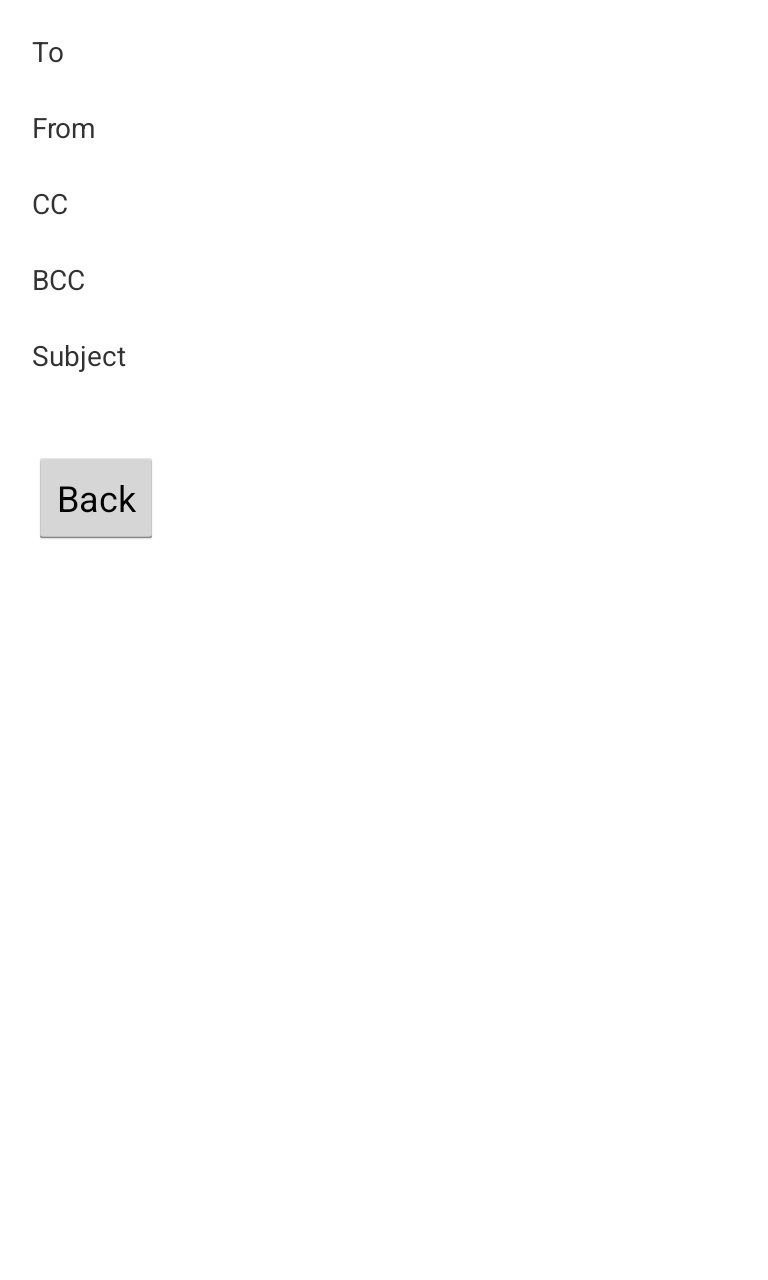
Repository: tmccartan/Android
Layout: Assignment1/res/layout/activity_email_reading.xml
The author's editor kept a copy of each file at every save. The layout is drawn from the files as they stood at one save, then again after the next save.
It is drawn on a 768 x 1280 px phone screen (xhdpi) without system bars, with theme AppTheme; the app's code is not run.

Above is the layout before, as saved 2015-02-28 17:12:33.

### Assignment1/res/layout/activity_email_reading.xml
<RelativeLayout xmlns:android="http://schemas.android.com/apk/res/android"
    xmlns:tools="http://schemas.android.com/tools"
    android:layout_width="match_parent"
    android:layout_height="match_parent"
    android:paddingBottom="@dimen/activity_vertical_margin"
    android:paddingLeft="@dimen/activity_horizontal_margin"
    android:paddingRight="@dimen/activity_horizontal_margin"
    android:paddingTop="@dimen/activity_vertical_margin"
    tools:context="com.example.assignment1.EmailReading" >

   <ScrollView
        android:id="@+id/scrollView1"
        android:layout_width="fill_parent"
        android:layout_height="fill_parent"
        android:layout_alignParentLeft="true"
        android:layout_alignParentTop="true" >

        <TableLayout
            android:id="@+id/tableLayout1"
            android:layout_width="fill_parent"
            android:layout_height="wrap_content" >

            <TableRow
                android:id="@+id/tableRow1"
                android:layout_width="wrap_content"
                android:layout_height="wrap_content" >

                <TextView
                    android:id="@+id/TextView01"
                    android:layout_width="wrap_content"
                    android:layout_height="wrap_content"
                    android:text="To" />
            </TableRow>

            <TableRow
                android:id="@+id/tableRow2"
                android:layout_width="wrap_content"
                android:layout_height="wrap_content" >

                <TextView
                    android:id="@+id/txtTo"
                    android:layout_width="wrap_content"
                    android:layout_height="wrap_content"
                     />
            </TableRow>

            <TableRow
                android:id="@+id/tableRow3"
                android:layout_width="wrap_content"
                android:layout_height="wrap_content" >

                <TextView
                    android:id="@+id/textView1"
                    android:layout_width="wrap_content"
                    android:layout_height="wrap_content"
                    android:text="From" />
            </TableRow>

            <TableRow
                android:id="@+id/tableRow4"
                android:layout_width="wrap_content"
                android:layout_height="wrap_content" >

                <TextView
                    android:id="@+id/txtFrom"
                    android:layout_width="wrap_content"
                    android:layout_height="wrap_content"
                    android:ems="10"
                    android:inputType="textEmailAddress"
                     />
            </TableRow>

            <TableRow
                android:id="@+id/tableRow6"
                android:layout_width="wrap_content"
                android:layout_height="wrap_content" >

                <TextView
                    android:id="@+id/textView2"
                    android:layout_width="wrap_content"
                    android:layout_height="wrap_content"
                    android:text="CC" />

            </TableRow>

            <TableRow
                android:id="@+id/tableRow7"
                android:layout_width="wrap_content"
                android:layout_height="wrap_content" >

                <TextView
                    android:id="@+id/txtCC"
                    android:layout_width="wrap_content"
                    android:layout_height="wrap_content"
                    android:ems="10" />

            </TableRow>

            <TableRow
                android:id="@+id/tableRow5"
                android:layout_width="wrap_content"
                android:layout_height="wrap_content" >

                <TextView
                    android:id="@+id/textView3"
                    android:layout_width="wrap_content"
                    android:layout_height="wrap_content"
                    android:text="BCC"
                     />

            </TableRow>

            <TableRow
                android:id="@+id/tableRow8"
                android:layout_width="wrap_content"
                android:layout_height="wrap_content" >

                <TextView
                    android:id="@+id/txtBCC"
                    android:layout_width="wrap_content"
                    android:layout_height="wrap_content"
                    android:ems="10" />

            </TableRow>

            <TableRow
                android:id="@+id/tableRow9"
                android:layout_width="wrap_content"
                android:layout_height="wrap_content" >

                <TextView
                    android:id="@+id/textView4"
                    android:layout_width="wrap_content"
                    android:layout_height="wrap_content"
                    android:text="Subject" />

            </TableRow>

            <TableRow
                android:id="@+id/tableRow10"
                android:layout_width="wrap_content"
                android:layout_height="wrap_content" >

                <TextView
                    android:id="@+id/txtSubject"
                    android:layout_width="wrap_content"
                    android:layout_height="wrap_content"
                    android:ems="10" />

            </TableRow>

            <TableRow
                android:id="@+id/tableRow11"
                android:layout_width="match_parent"
                android:layout_height="wrap_content" >

                <TextView
                    android:id="@+id/txtBody"
                    android:layout_width="match_parent"
                    android:layout_height="fill_parent"
                    android:ems="10"
                    android:inputType="textMultiLine" />

            </TableRow>

            <TableRow
                android:id="@+id/ButtonRow"
                android:layout_width="fill_parent"
                android:layout_height="wrap_content" >

                <LinearLayout
                    android:layout_width="fill_parent"
                    android:layout_height="wrap_content" >

                    <Button
                        android:id="@+id/button1"
                        android:layout_width="wrap_content"
                        android:layout_height="wrap_content"
                        android:onClick="GoBack"
                        android:text="Back" />

                </LinearLayout>

            </TableRow>

        </TableLayout>
    </ScrollView>


</RelativeLayout>

Loaded but not shown: Assignment1/res/values/styles.xml (common file); Assignment1/res/values-v11/styles.xml (common file); Assignment1/res/values-v14/styles.xml (common file); Assignment1/res/values/dimens.xml (common file); Assignment1/res/values-w820dp/dimens.xml (common file)

After the next save:
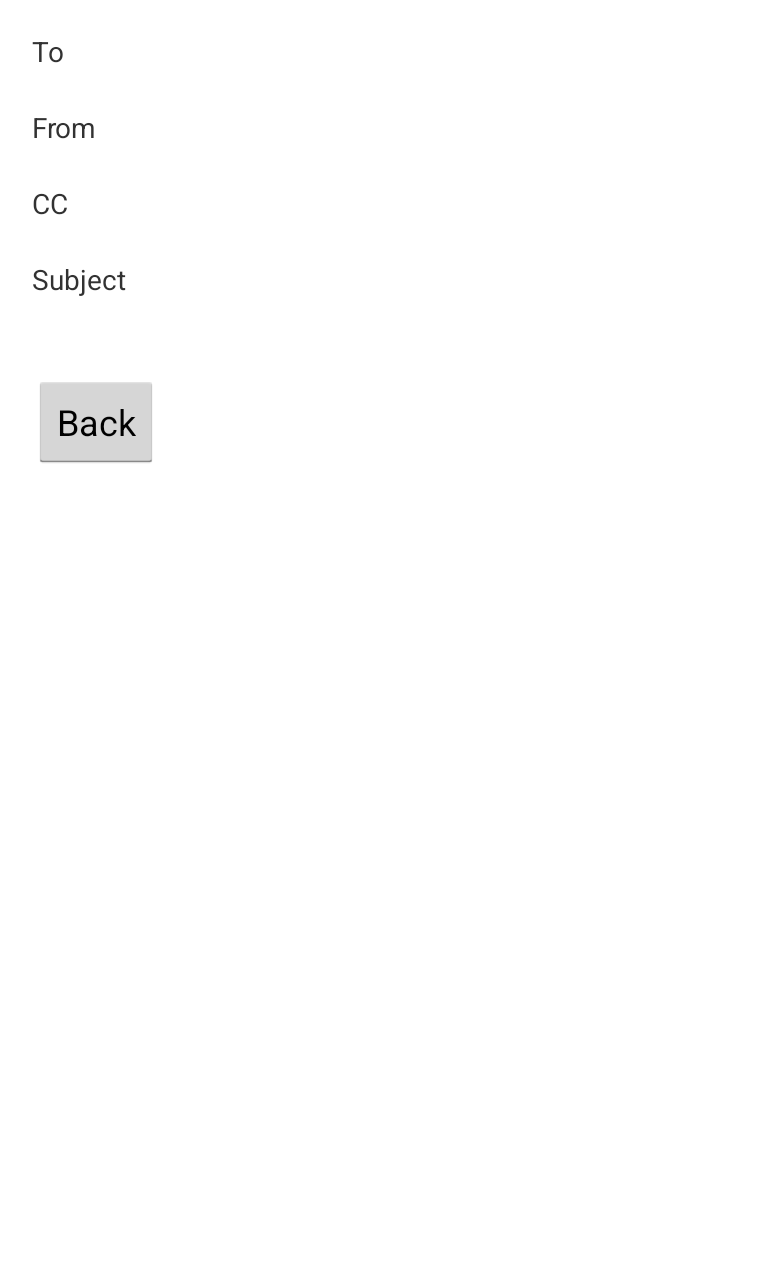
Saved 40 s later.
--- a/Assignment1/res/layout/activity_email_reading.xml
+++ b/Assignment1/res/layout/activity_email_reading.xml
@@ -101,25 +101,12 @@
                 android:layout_width="wrap_content"
                 android:layout_height="wrap_content" >
 
-                <TextView
-                    android:id="@+id/textView3"
-                    android:layout_width="wrap_content"
-                    android:layout_height="wrap_content"
-                    android:text="BCC"
-                     />
-
             </TableRow>
 
             <TableRow
                 android:id="@+id/tableRow8"
                 android:layout_width="wrap_content"
                 android:layout_height="wrap_content" >
-
-                <TextView
-                    android:id="@+id/txtBCC"
-                    android:layout_width="wrap_content"
-                    android:layout_height="wrap_content"
-                    android:ems="10" />
 
             </TableRow>
 
